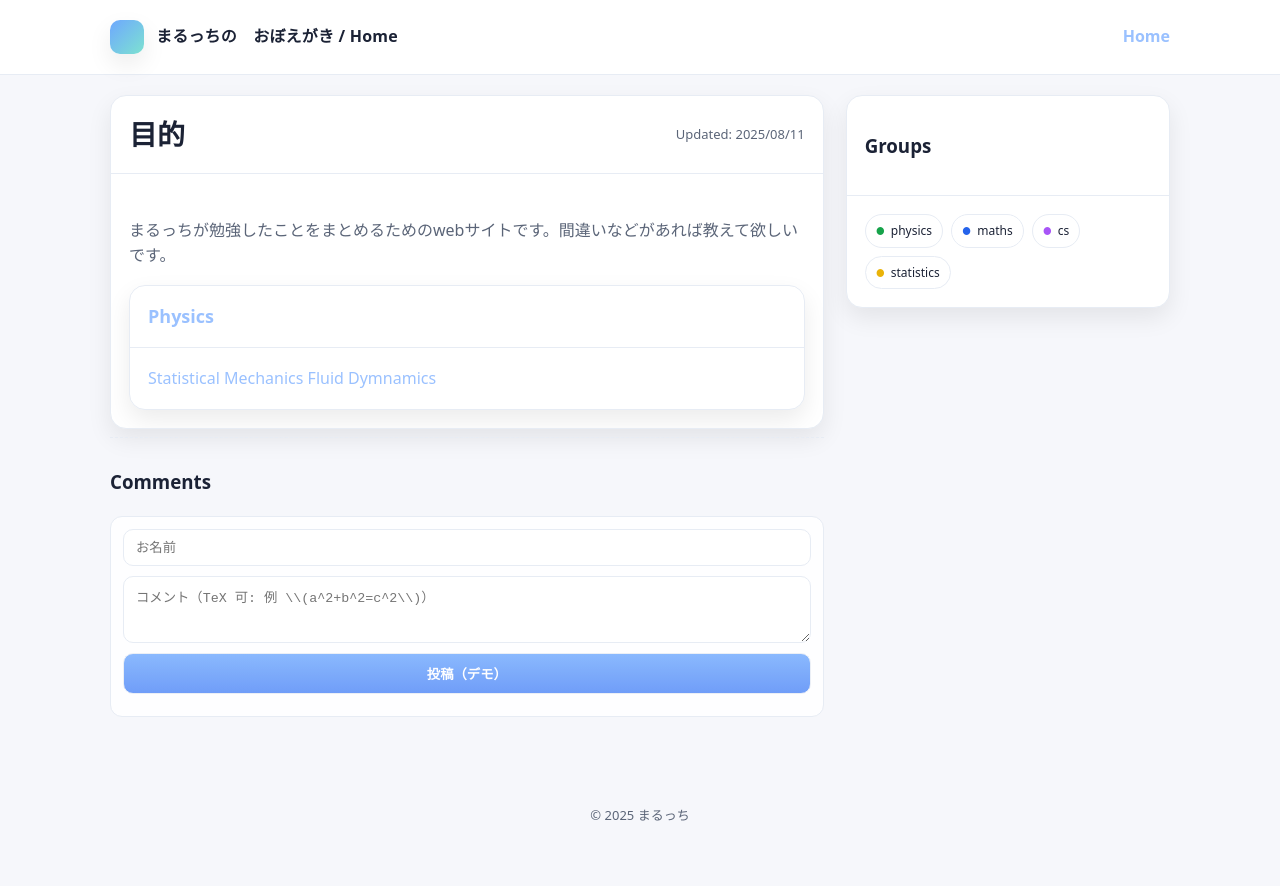
Repository: Riki-Mochimaru/tureduretunedune
Page: index.html
An editor plug-in stored every save of this project. The page is shown before and after the next save, followed by the edit.
The browser window is 1280 px wide. The pictures show the whole page.

Above is the page before, as saved 2025-08-11 23:47:45.

After the next save:
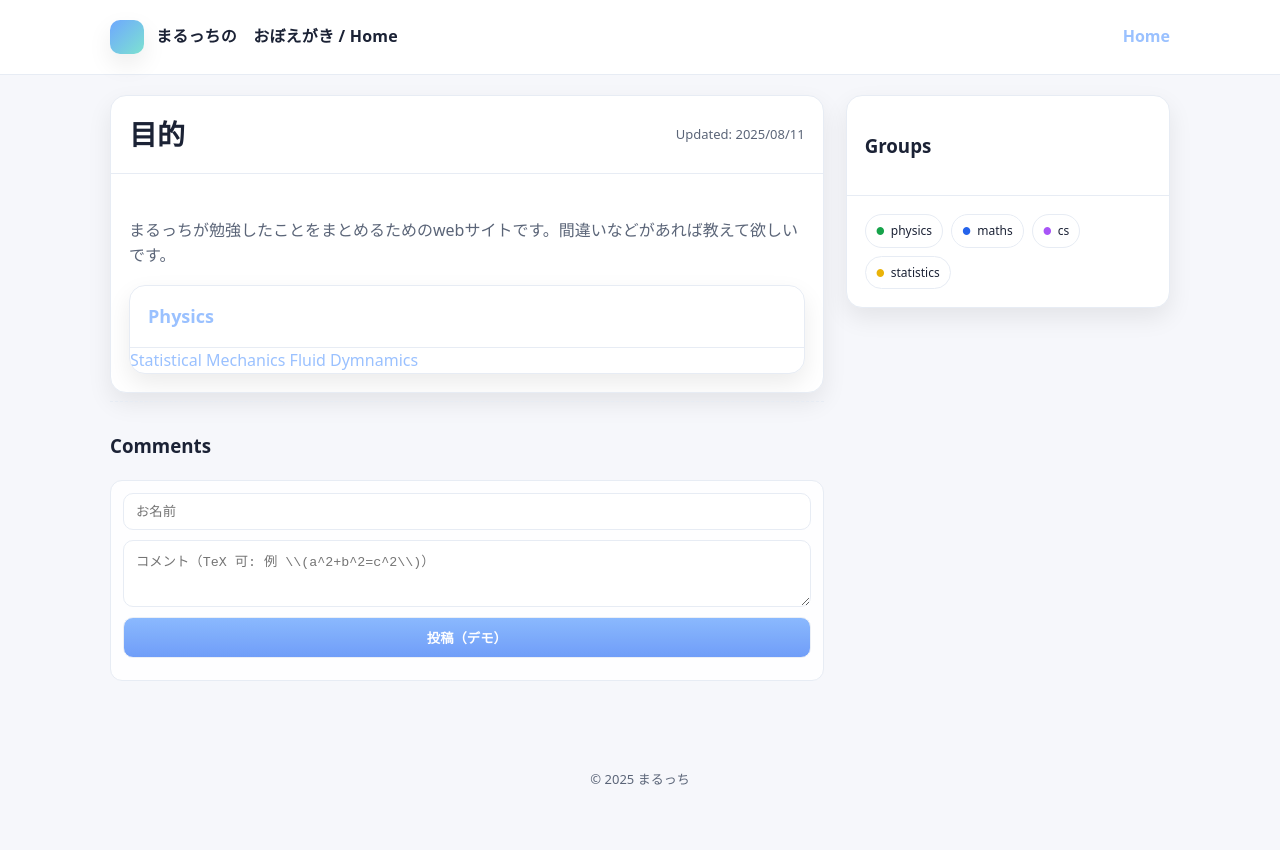
Saved 4 s later.
--- a/index.html
+++ b/index.html
@@ -37,7 +37,7 @@
               <div class="hd"><h2 style="font-size:18px; margin:0;">
               <a href="physics/">Physics</a>
               </h2></div>
-              <div class="bd">
+
                 <a href="physics/SM/">Statistical Mechanics</a>
                 <a href="physics/FluidDynamics/">Fluid Dymnamics</a>              </article>
 

After the 2 saves that followed:
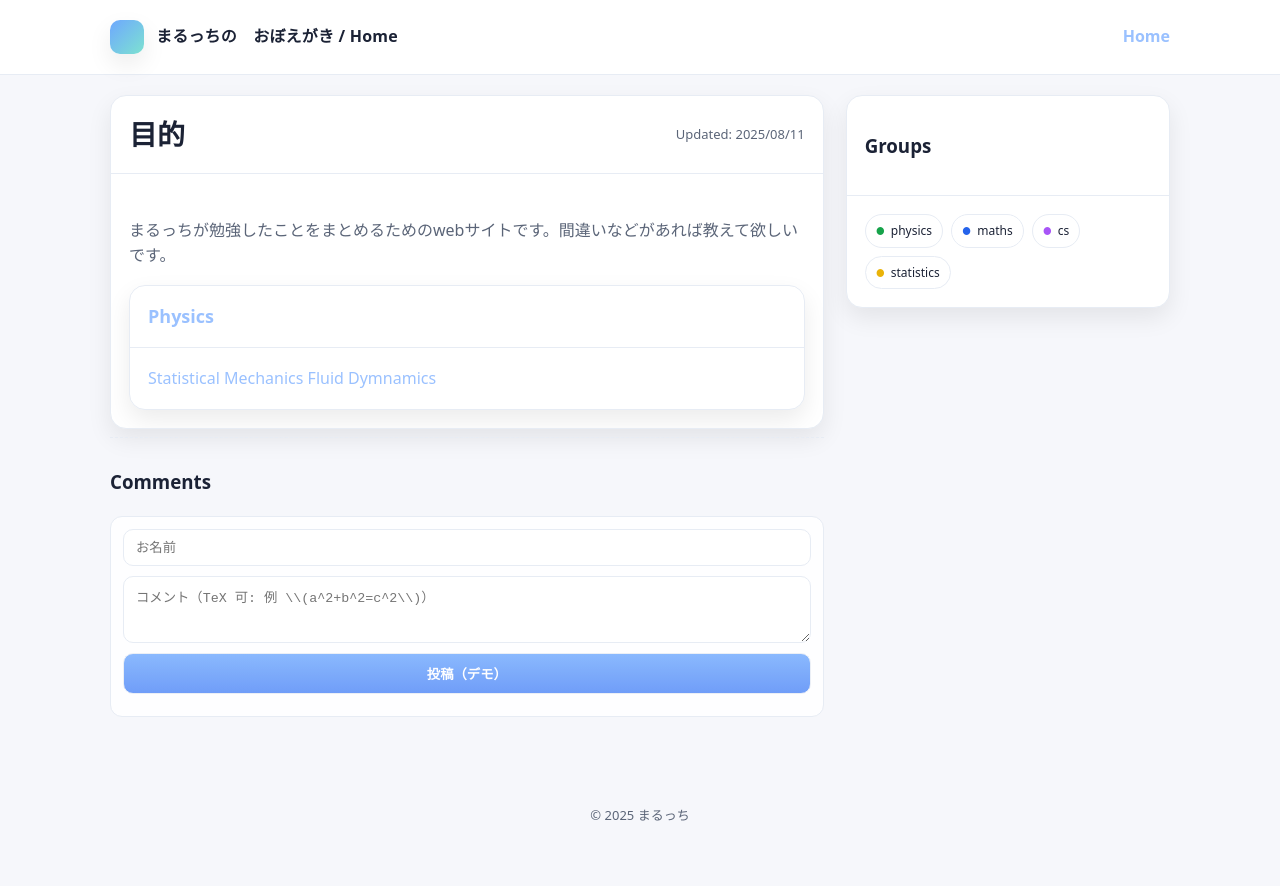
The 2 saves are shown as one change because they came seconds apart.
The last was saved 7 s later.
--- a/index.html
+++ b/index.html
@@ -37,7 +37,7 @@
               <div class="hd"><h2 style="font-size:18px; margin:0;">
               <a href="physics/">Physics</a>
               </h2></div>
-
+              <div class="bd">
                 <a href="physics/SM/">Statistical Mechanics</a>
                 <a href="physics/FluidDynamics/">Fluid Dymnamics</a>              </article>
 
